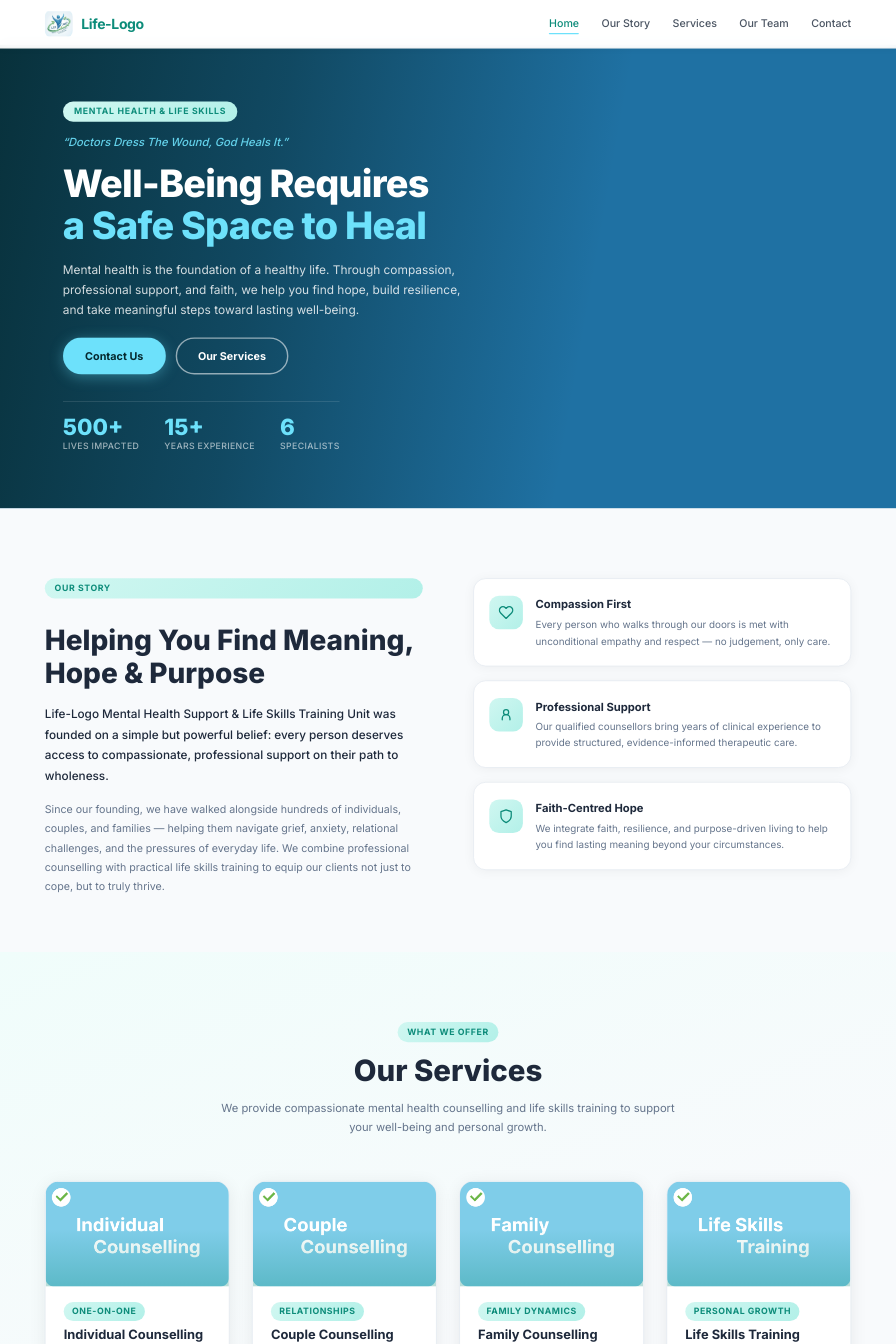
Repository: Tan47s/Lifelogo
Page: /
The author's editor kept a copy of each file at every save. The page is drawn from the files as they stood at one save, then again after a run of saves.
The browser window is 1280 px wide. The pictures show the part of the page from y = 0 to 1920 px (the page is 6284 px tall before and 6225 px after), at 70% of full size.
The project was rebuilt for these pictures with package versions that can differ from the ones it lists, and the page was loaded fresh each time. Also part of the build but not shown: vite.config.js.

Above is the page before, as saved 2026-08-29 10:56:24.

After the next 2 saves:
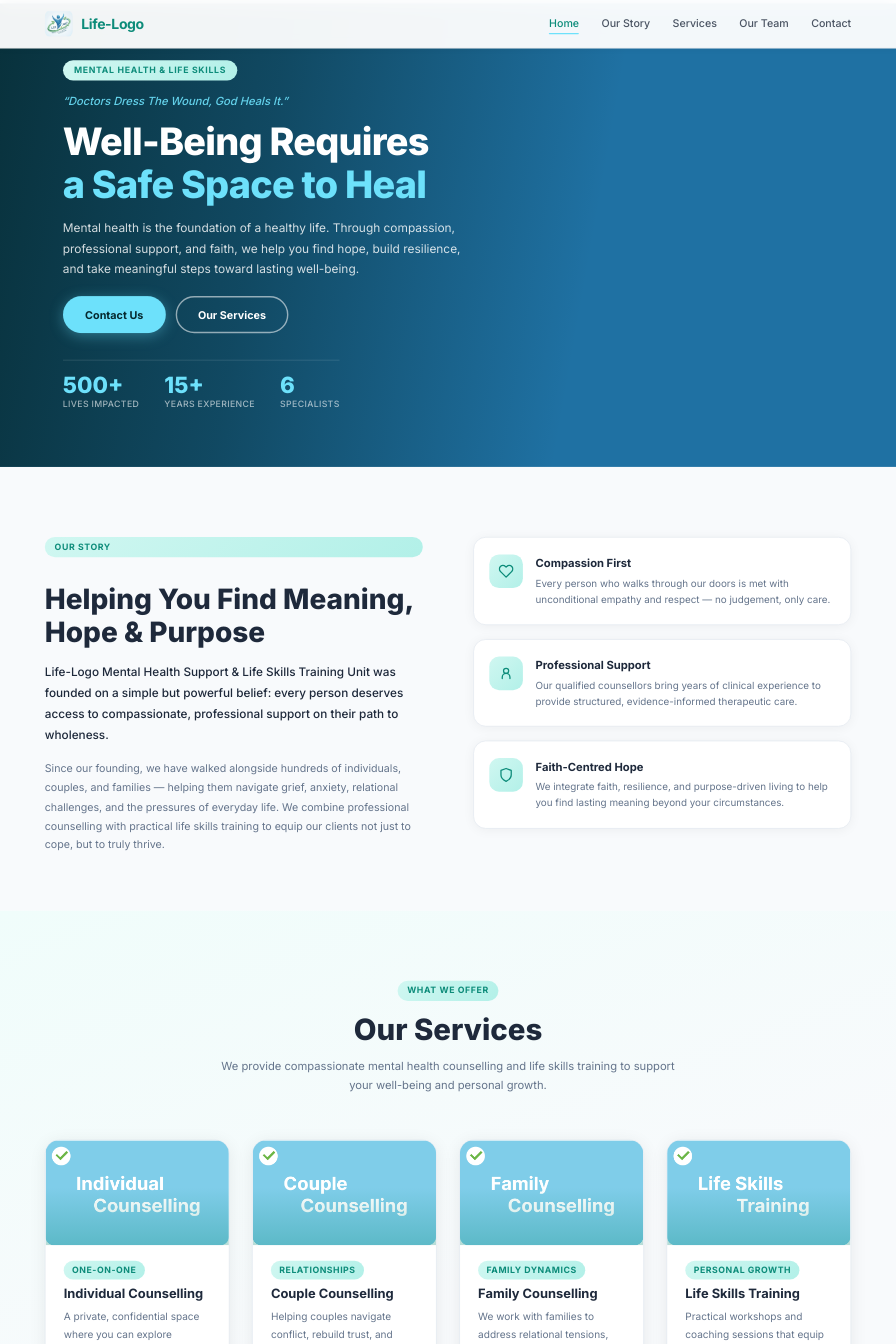
The 2 saves are shown as one change because they came seconds apart.
The last was saved 4 min 34 s later.
--- a/src/comp/herocon.css
+++ b/src/comp/herocon.css
@@ -4,7 +4,7 @@
 
 .hero-section {
   position: relative;
-  margin-top: 64px;           /* clears fixed header */
+  margin-top: 5px;           /* clears fixed header */
   width: 100%;
   min-height: 92vh;
   background-size: cover;
